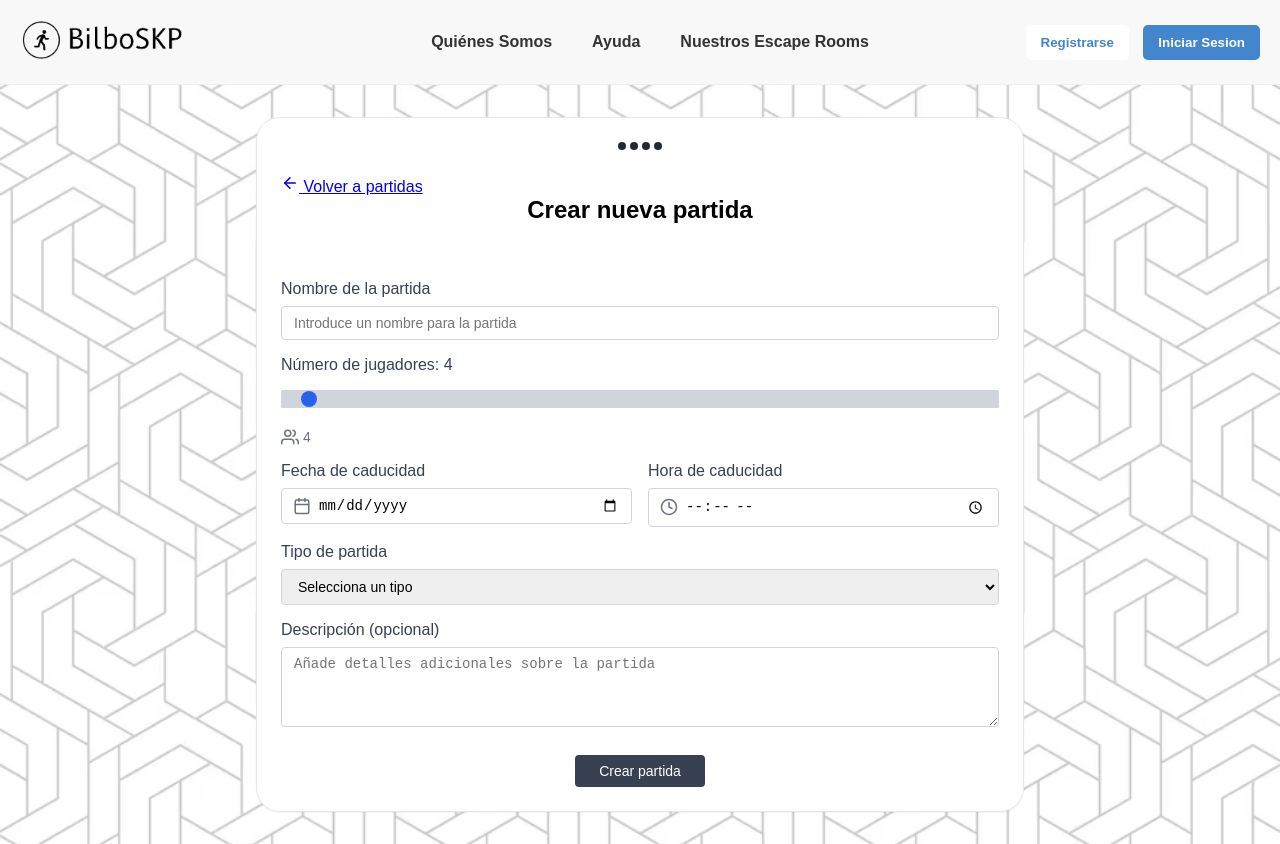
Repository: Andrew1447/Reto3-main
Page: http://localhost/bilboSKP/OrgPartida.jsp
An editor plug-in stored every save of this project. The page is shown before and after the next save, followed by the edit.
The browser window is 1280 px wide. The pictures show the whole page.
Backgrounds fixed to the window are drawn as part of the page. The page is served by Tomcat 9.

Above is the page before, as saved 2025-04-25 10:01:39.

After the next save:
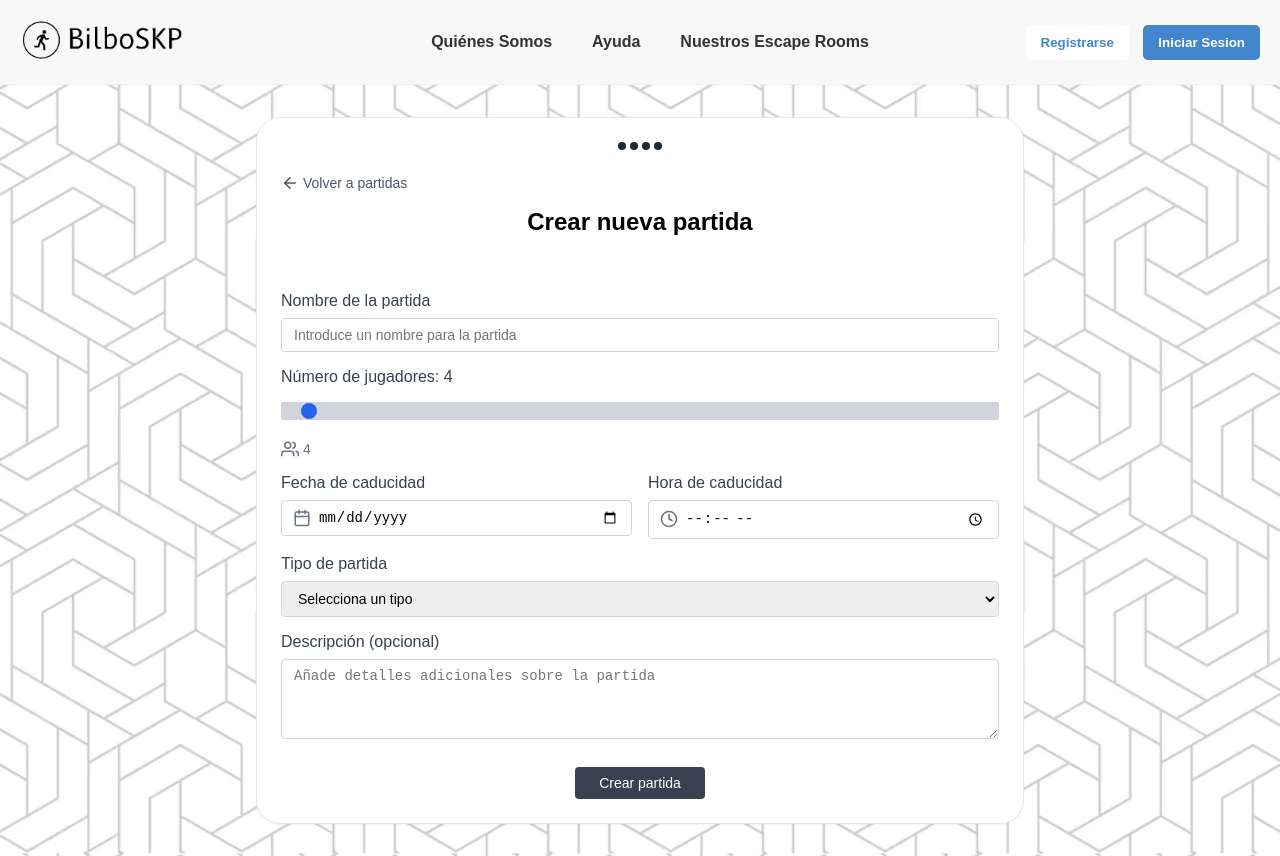
Saved 73 s later.
--- a/bilboSKP/src/main/webapp/styles/OrgPartida.css
+++ b/bilboSKP/src/main/webapp/styles/OrgPartida.css
@@ -48,6 +48,20 @@
       font-weight: bold;
       text-align: center;
       margin-bottom: 32px;
+    }
+
+    .back-link {
+      display: flex;
+      align-items: center;
+      gap: 4px;
+      color: #4b5563;
+      text-decoration: none;
+      font-size: 14px;
+      margin-bottom: 16px;
+    }
+
+    .back-link:hover {
+      color: #1f2937;
     }
 
     /* Formulario */
